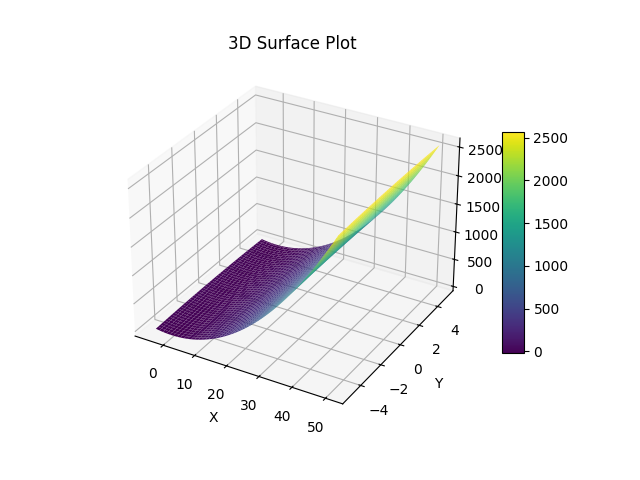
Repository: leoh1223/HW_Python
Script's output: python HW.py
The author's editor kept a copy of each file at every save. The script's output is drawn from the files as they stood at one save, then again after the next save.
Random numbers start from a fixed seed.

Above is the script's output before, as saved 2024-01-08 15:25:20.

### HW.py
import numpy as np
import matplotlib.pyplot as plt
# from mpl_toolkits.mplot3d import Axes3D

# Create a meshgrid of x and y values
x = np.linspace(-5, 51, 100)
y = np.linspace(-5, 5, 100)
x, y = np.meshgrid(x, y)

# Define a function to generate z values (example: a saddle shape)
z = x**2 - y**2

# Create a 3D plot
fig = plt.figure()
ax = fig.add_subplot(111, projection='3d')

# Plot the surface
surface = ax.plot_surface(x, y, z, cmap='viridis')

# Add a colorbar
fig.colorbar(surface, ax=ax, shrink=0.6, aspect=10)

# Set labels
ax.set_xlabel('X')
ax.set_ylabel('Y')
ax.set_zlabel('Z')

# Set the title
ax.set_title('3D Surface Plot')
# Show the plot
plt.savefig('3d_surface_plot.png', dpi=300)  # Specify the filename and optional DPI
# plt.show()

After the next save:
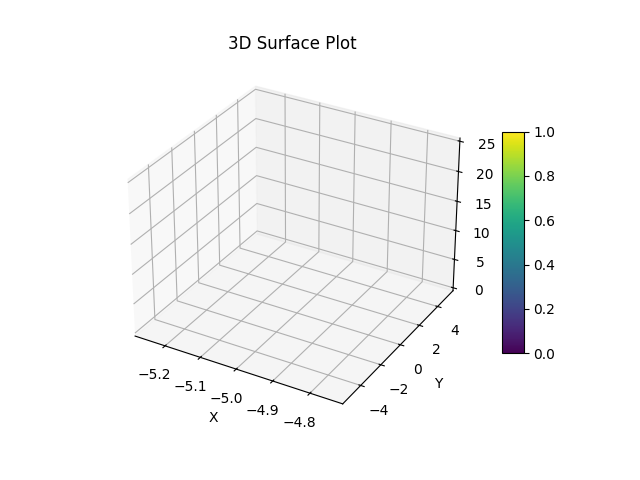
Saved 8 s later.
--- a/HW.py
+++ b/HW.py
@@ -3,7 +3,7 @@
 # from mpl_toolkits.mplot3d import Axes3D
 
 # Create a meshgrid of x and y values
-x = np.linspace(-5, 51, 100)
+x = np.linspace(-5, 51, 1)
 y = np.linspace(-5, 5, 100)
 x, y = np.meshgrid(x, y)
 

After the save that followed:
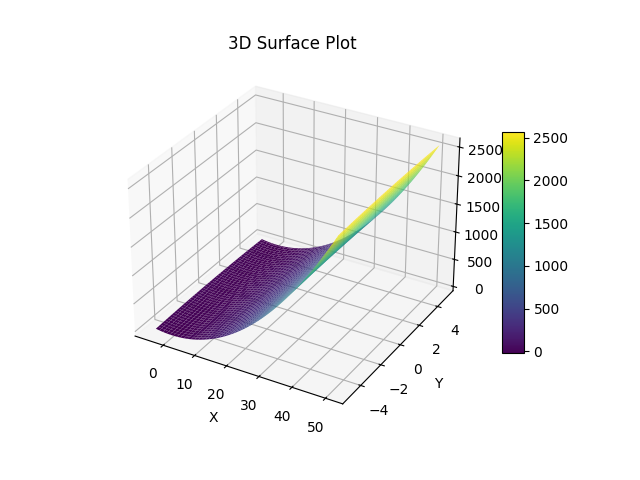
Saved 6 s later.
--- a/HW.py
+++ b/HW.py
@@ -3,7 +3,7 @@
 # from mpl_toolkits.mplot3d import Axes3D
 
 # Create a meshgrid of x and y values
-x = np.linspace(-5, 51, 1)
+x = np.linspace(-5, 51, 100)
 y = np.linspace(-5, 5, 100)
 x, y = np.meshgrid(x, y)
 
